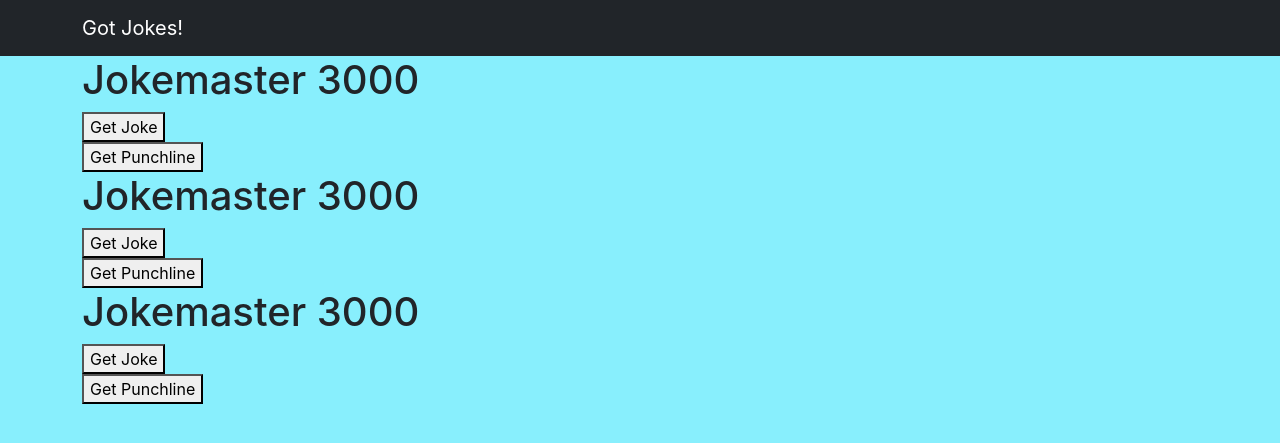
Repository: jontslater/LAB-joke-generator-react
Page: /
These files come from the project's save history. The page is drawn as it stood at one moment and after the next save; the edit follows.
The browser window is 1280 px wide. The pictures show the whole page.
The project was rebuilt for these pictures with package versions that can differ from the ones it lists, and the page was loaded fresh each time. The framework's server and built-in components were replaced by stand-ins that run in the browser. Also part of the build but not shown: next.config.js.

Above is the page before, as saved 2024-01-12 16:33:27.

### pages/_app.js
/* eslint-disable react/prop-types */
import 'bootstrap/dist/css/bootstrap.min.css';
import '../styles/globals.css';
import NavBar from '../components/NavBar';

function MyApp({ Component, pageProps }) {
  return (
    <>
      <NavBar />
      <div className="container">
        <Component {...pageProps} />
      </div>
    </>
  );
}

export default MyApp;

### pages/index.js
import React from 'react';
import Jokes from '../components/Jokes';

function Home() {
  return (
    <>
      <Jokes title="1" />
      <Jokes title="2" />
      <Jokes title="3" />
    </>
  );
}

export default Home;

### components/NavBar.js
/* eslint-disable jsx-a11y/anchor-is-valid */
import React from 'react';
import Link from 'next/link';
import {
  Navbar, Container, Nav,
} from 'react-bootstrap';

export default function NavBar() {
  return (
    <Navbar collapseOnSelect expand="lg" bg="dark" variant="dark">
      <Container>
        <Link passHref href="/">
          <Navbar.Brand>Got Jokes!</Navbar.Brand>
        </Link>
        <Navbar.Toggle aria-controls="responsive-navbar-nav" />
        <Navbar.Collapse id="responsive-navbar-nav">
          <Nav className="me-auto">
            {/* CLOSE NAVBAR ON LINK SELECTION: https://stackoverflow.com/questions/72813635/collapse-on-select-react-bootstrap-navbar-with-nextjs-not-working */}
            {/* <Link passHref href="/">
              <Nav.Link>Home</Nav.Link>
            </Link> */}
          </Nav>
        </Navbar.Collapse>
      </Container>
    </Navbar>
  );
}

### components/Jokes.js
import { useState } from 'react';

function Jokes() {
  const [jokes, setJokes] = useState([]);
  const [active, setActive] = useState('FirstCard');

  function getJokes() {
    fetch('https://v2.jokeapi.dev/joke/Programming?safe-mode&type=twopart')
      .then((response) => response.json())
      .then((data) => {
        setJokes(data);
      });
  }

  return (
    <>
      <h1>Jokemaster 3000</h1>
      <div>
        {active === 'FirstCard' && <button type="button" title="1" onClick={(getJokes)}> Get Joke </button>}
        {jokes.setup}
      </div>
      <div>
        <button type="button" title="2" onClick={(getJokes)}> Get Punchline </button>
        {jokes.delivery}
      </div>
    </>
  );
}

export default Jokes;

Loaded but not shown: styles/globals.css (common file)

After the next save:
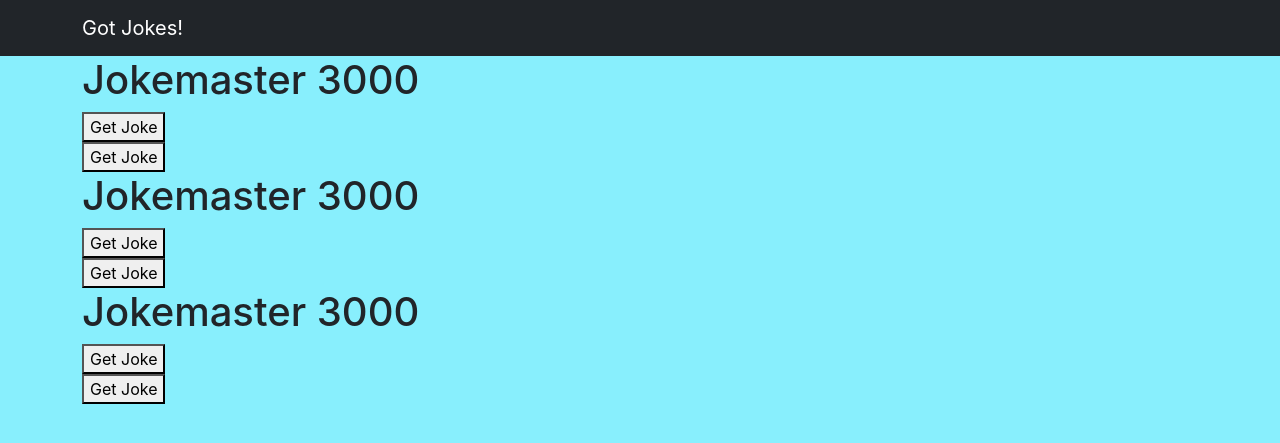
Saved 33 s later.
--- a/components/Jokes.js
+++ b/components/Jokes.js
@@ -20,7 +20,7 @@ function Jokes() {
         {jokes.setup}
       </div>
       <div>
-        <button type="button" title="2" onClick={(getJokes)}> Get Punchline </button>
+        {active === 'FirstCard' && <button type="button" title="1" onClick={(getJokes)}> Get Joke </button>}
         {jokes.delivery}
       </div>
     </>
